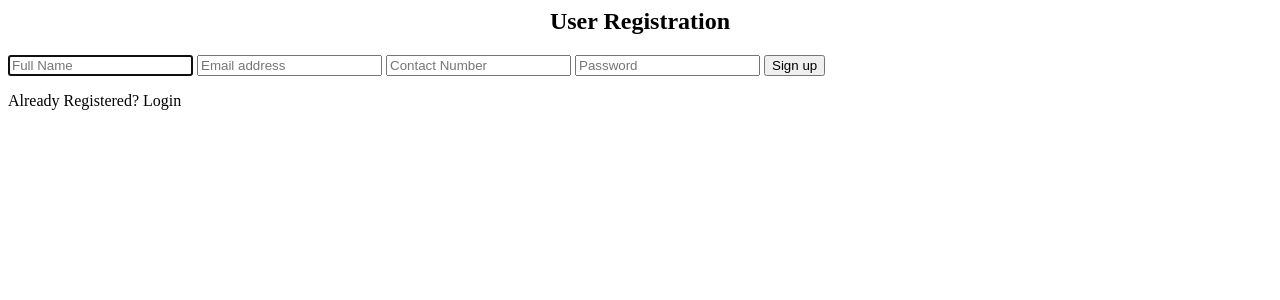
Repository: sagarpatil11/ToDo
Page: todo/src/main/webapp/templates/userregistration.html
These files come from the project's save history. The page is drawn as it stood at one moment and after the next save; the edit follows.
The browser window is 1280 px wide. The pictures show the whole page.

Above is the page before, as saved 2017-07-19 07:19:04.

### todo/src/main/webapp/templates/userregistration.html
<div class="container">
        <div class="card card-container">
            <h2 style="text-align: center">User Registration</h2>
            <form class="form-signin">
            	<input type="text" id="fullname" class="form-control" placeholder="Full Name" required autofocus>
                <input type="email" id="inputEmail" class="form-control" placeholder="Email address" required >
                 <input type="number" id="mobile" class="form-control" placeholder="Contact Number" required >
                <input type="password" id="inputPassword" class="form-control" placeholder="Password" required>

                <button class="btn btn-lg btn-primary btn-block btn-signin" type="submit">Sign up</button>
            </form>
            Already Registered?<a ui-sref="login"> Login</a>
        </div>
</div>

After the next save:
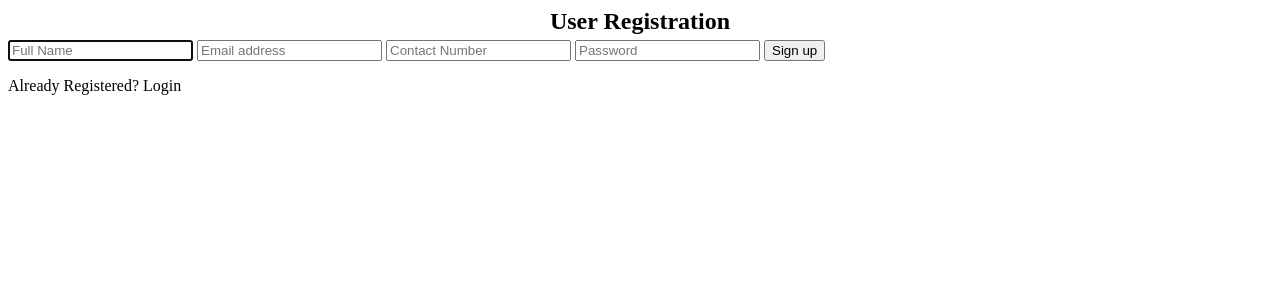
Saved 4 min 59 s later.
--- a/todo/src/main/webapp/templates/userregistration.html
+++ b/todo/src/main/webapp/templates/userregistration.html
@@ -1,6 +1,6 @@
 <div class="container">
         <div class="card card-container">
-            <h2 style="text-align: center">User Registration</h2>
+            <h2 style="text-align: center;margin:5px">User Registration</h2>
             <form class="form-signin">
             	<input type="text" id="fullname" class="form-control" placeholder="Full Name" required autofocus>
                 <input type="email" id="inputEmail" class="form-control" placeholder="Email address" required >
